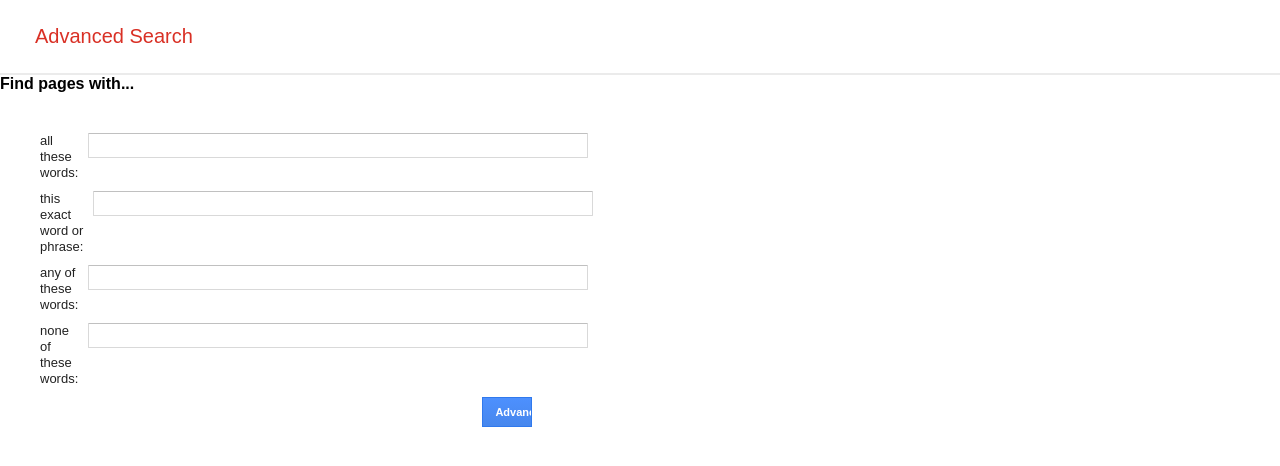
Repository: etentuk/search
Page: advanced_search.html
The author's editor kept a copy of each file at every save. The page is drawn from the files as they stood at one save, then again after the next save.
The browser window is 1280 px wide. The pictures show the whole page.

Above is the page before, as saved 2021-11-05 16:36:00.

After the next save:
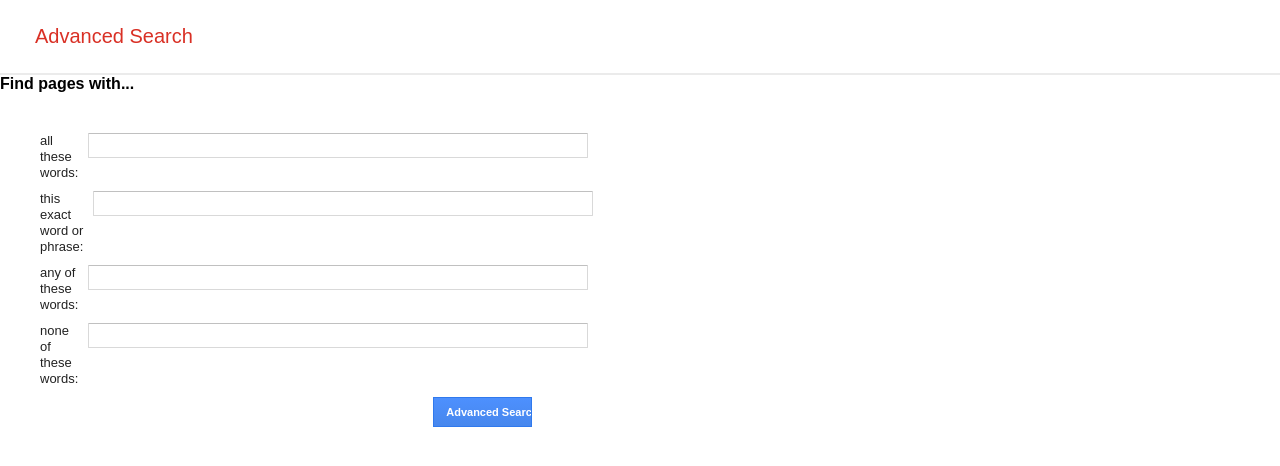
Saved 6 s later.
--- a/styles.css
+++ b/styles.css
@@ -52,7 +52,7 @@ input {
   font-weight: bold;
   color: #fff;
   padding: 8px 12px;
-  width: 10%;
+  width: 20%;
   background-color: #4d90fe;
   background-image: -webkit-linear-gradient(top, #4d90fe, #4787ed);
 }
